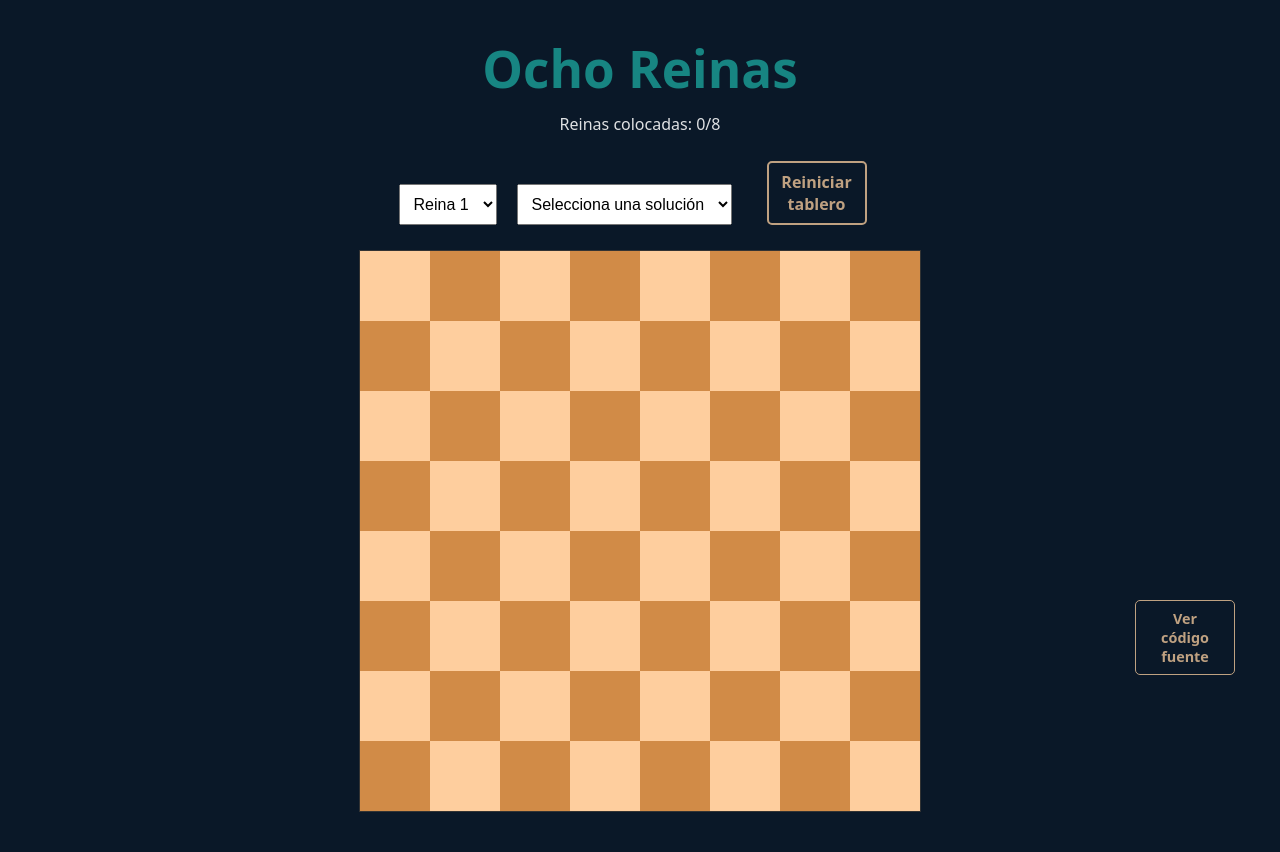
Repository: JoyMoGas/Simulacion
Page: / (app in 01-ocho-reinas/)
These files come from the project's save history. The page is drawn as it stood at one moment and after a run of saves; the edit follows.
The browser window is 1280 px wide. The pictures show the whole page.
The project was rebuilt for these pictures with package versions that can differ from the ones it lists, and the page was loaded fresh each time. Also part of the build but not shown: 01-ocho-reinas/vite.config.js.

Above is the page before, as saved 2025-04-29 21:04:34.

After the next 2 saves:
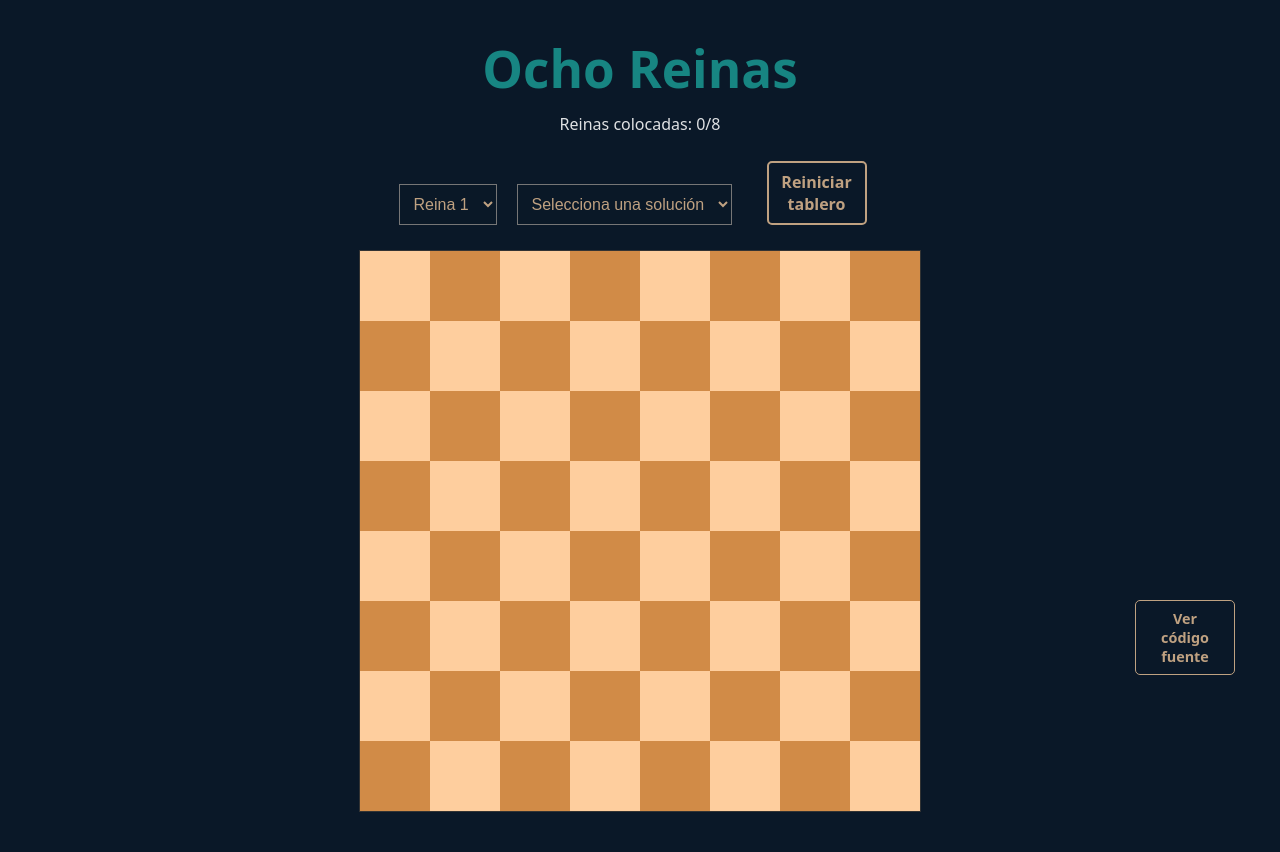
The 2 saves are shown as one change because they came seconds apart.
The last was saved 96 s later.
--- a/01-ocho-reinas/src/App.css
+++ b/01-ocho-reinas/src/App.css
@@ -116,12 +116,16 @@ body {
 }
 
 select {
+  background-color: #0a1828b8;
+  color: #BFA181;
   padding: 10px;
   font-size: 16px;
   margin: 10px;
 }
 
 button {
+  background-color: #0a1828b8;
+  color: #BFA181;
   margin: 10px;
   padding: 10px;
   font-size: 16px;
